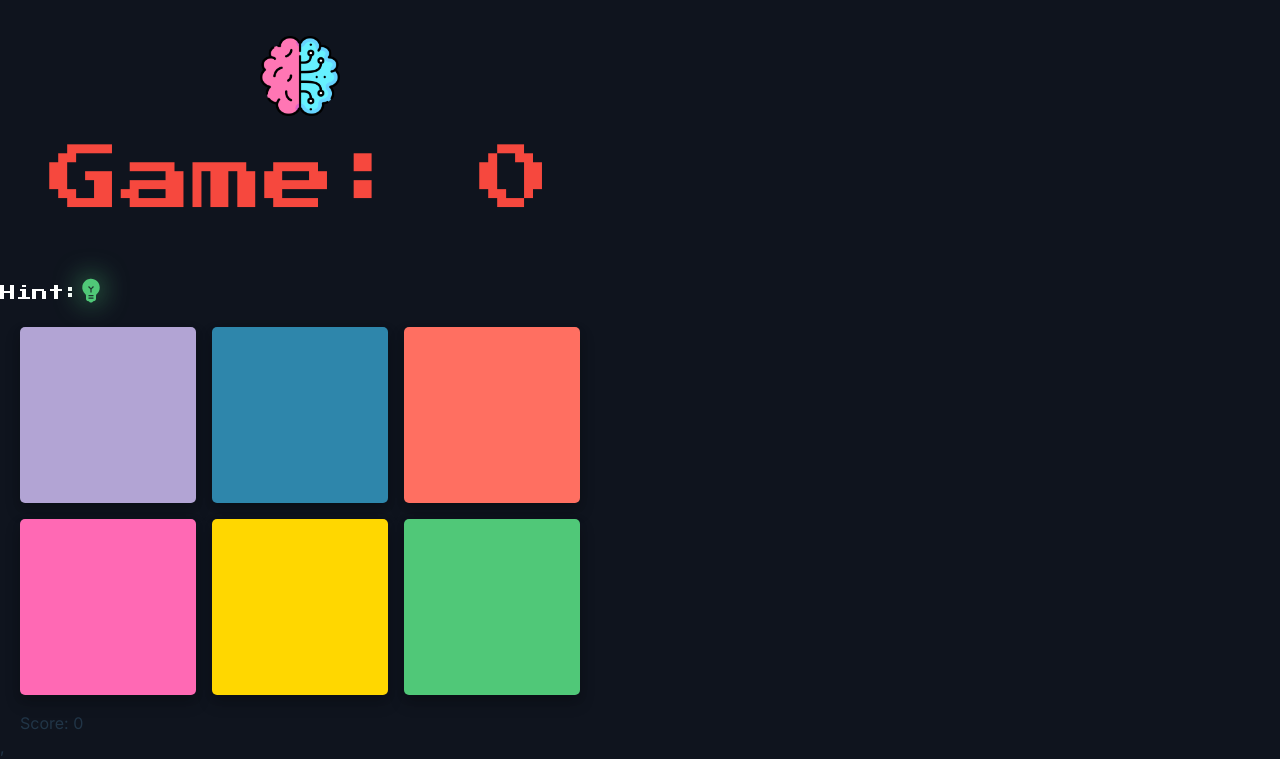
Repository: Shenixo/Color_match_game
Page: /game_play
An editor plug-in stored every save of this project. The page is shown before and after the next save, followed by the edit.
The browser window is 1280 px wide. The pictures show the whole page.
The project was rebuilt for these pictures with package versions that can differ from the ones it lists, and the page was loaded fresh each time. Also part of the build but not shown: vite.config.js, src/Components/Tab/Tab.css, src/Components/Tab/Tab.jsx, src/Pages/Home/Home.jsx, src/Pages/Rules/Rules.css, src/Pages/Rules/Rules.jsx, src/Pages/Sound/Sound.jsx. Imported but missing from the stored project, and not drawn on this page: src/assets/button_clicks.wav, src/assets/game_theme_sound.mp4.

Above is the page before, as saved 2025-02-04 02:05:35.

After the next save:
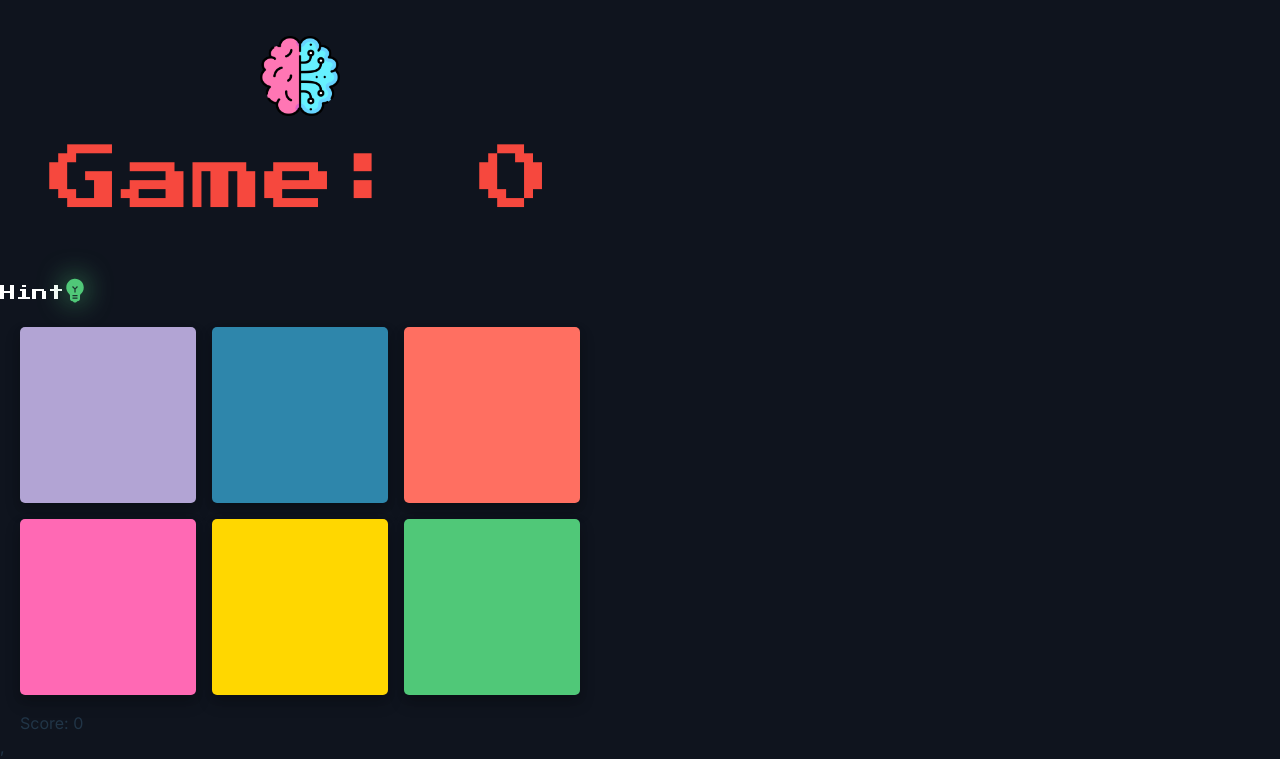
Saved 19 s later.
--- a/src/Components/ScoreNdColorBox/ScoreNdColorBox.jsx
+++ b/src/Components/ScoreNdColorBox/ScoreNdColorBox.jsx
@@ -6,7 +6,7 @@ const ScoreNdColorBox = () => {
   return (
     <div className="score_nd_color_box">
       <div className="target_card">
-        <p>Hint:</p>
+        <p>Hint</p>
         <ChosenColor/>
       </div>
     </div>
